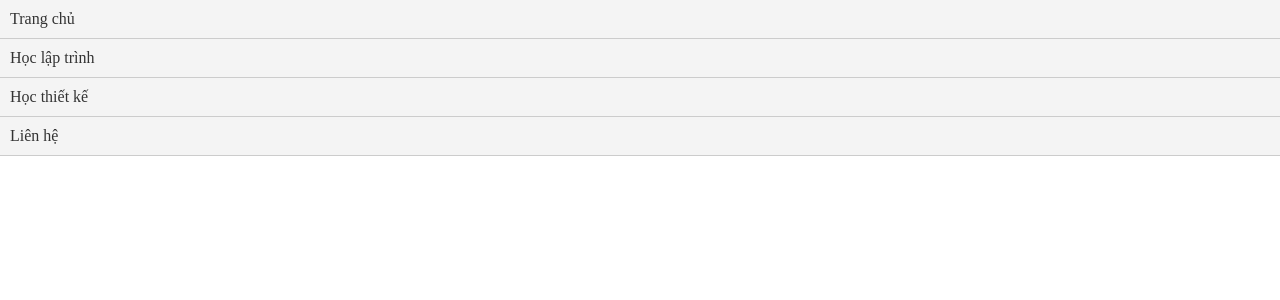
Repository: G1tHub-zer0/BTTH
Page: BTCSS/bai16+20.html
An editor plug-in stored every save of this project. The page is shown before and after a run of saves, followed by the edit.
The browser window is 1280 px wide. The pictures show the whole page.
The pointer rests on the first visible `.menu ul li`.

Above is the page before, as saved 2024-03-22 19:23:34.

After the next 2 saves:
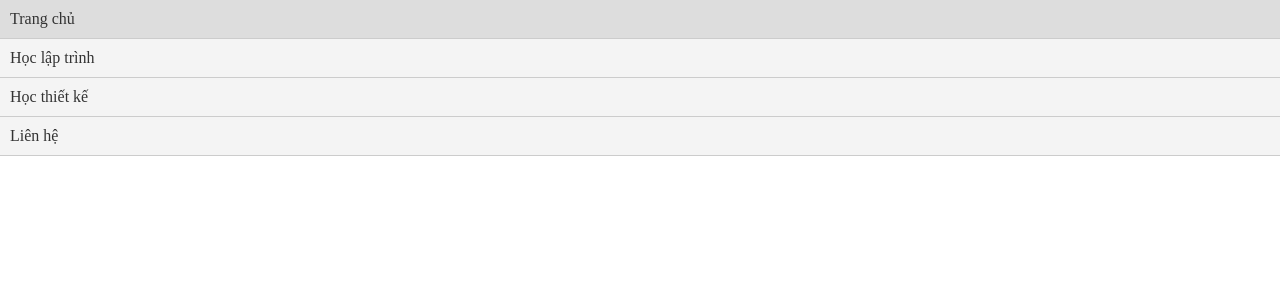
The 2 saves are shown as one change because they came seconds apart.
The last was saved 5 min 19 s later.
--- a/BTCSS/bai16+20.css
+++ b/BTCSS/bai16+20.css
@@ -21,11 +21,6 @@ body {
   background-color: #f4f4f4;
   border-bottom: 1px solid #ccc;
 }
-
-.menu ul li:hover > .submenu {
-  background-color: #ddd;
-}
-
 .submenu {
   position: absolute;
   top: 0;
@@ -33,15 +28,16 @@ body {
   display: none;
   background-color: #fff;
 }
-
 .menu ul ul li {
   width: 200px;
 }
-
 .menu ul ul li a {
   padding: 8px 20px;
 }
-
-.menu:hover > .submenu {
+.menu ul li:hover .submenu {
   display: block;
 }
+
+.menu ul li:hover > a {
+  background-color: #ddd;
+}
